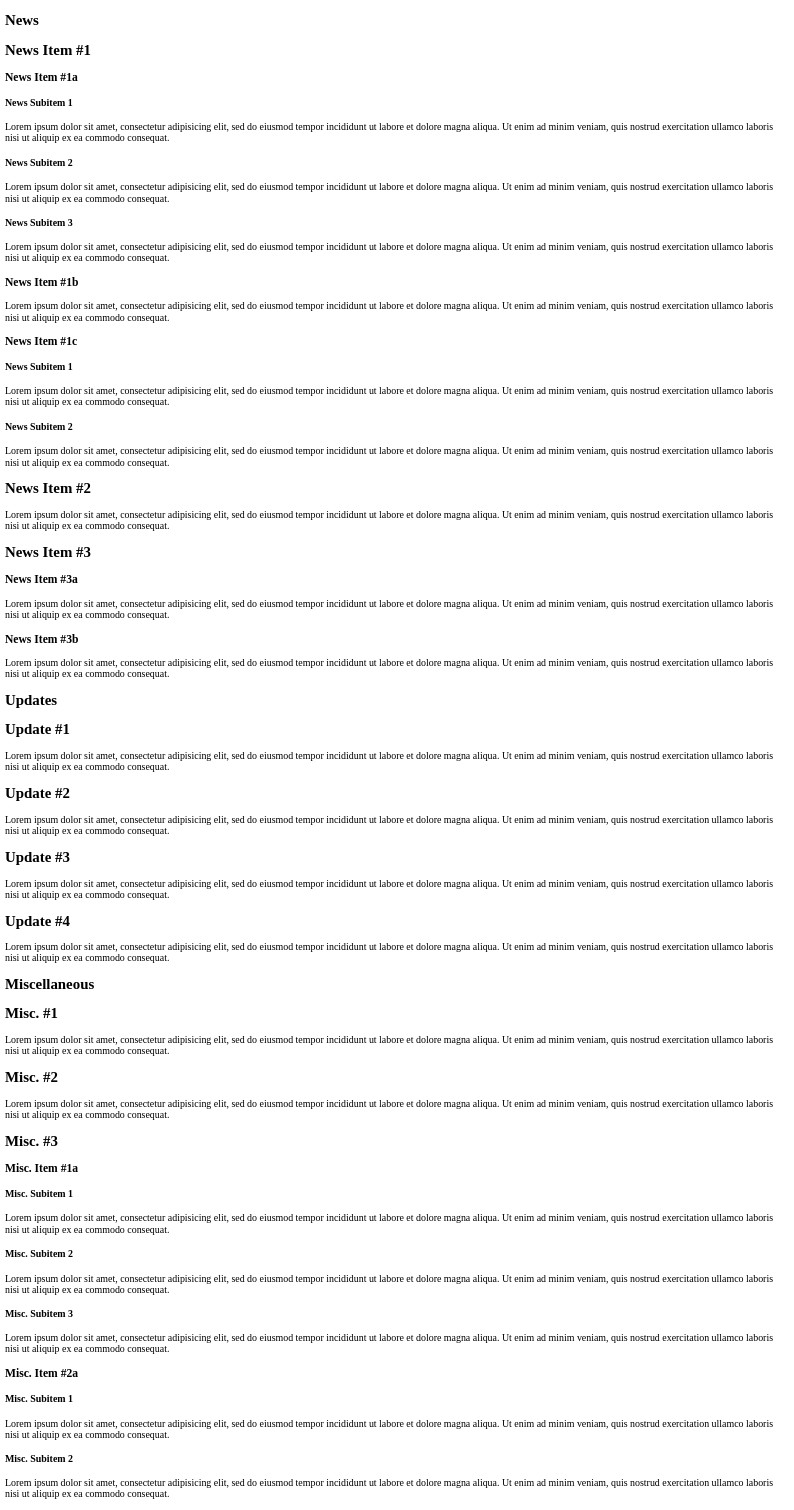
Repository: lwygold/motion
Page: 멀티 레벨 아코디언.html
These files come from the project's save history. The page is drawn as it stood at one moment and after the next save; the edit follows.
The browser window is 1280 px wide. The pictures show the whole page, at 62% of full size.
Some web fonts or font styles are not loaded; a fallback is used.

Above is the page before, as saved 2023-02-02 14:42:49.

After the next save:
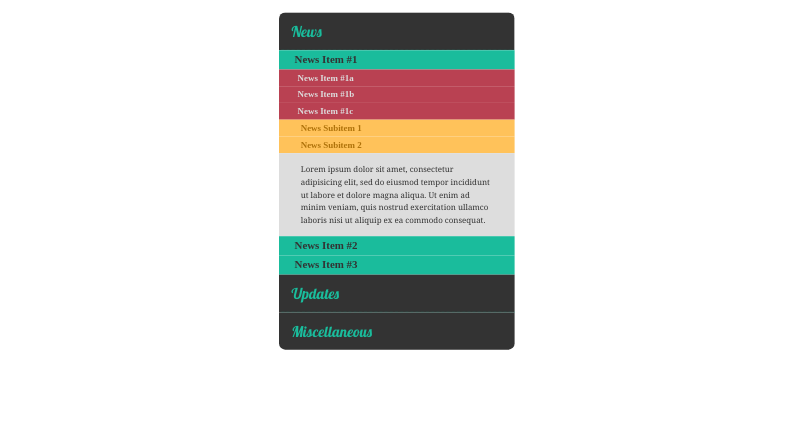
Saved 6 s later.
--- a/멀티 레벨 아코디언.html
+++ b/멀티 레벨 아코디언.html
@@ -10,6 +10,110 @@
 
 
     <title>Document</title>
+    <style>
+        * {
+            margin: 0;
+            padding: 0;
+        }
+
+        body {
+            font-size: 100%;
+        }
+
+        .accordion {
+            width: 380px;
+            margin: 20px auto;
+        }
+
+        .accordion h1,
+        h2,
+        h3,
+        h4 {
+            cursor: pointer;
+        }
+
+        .accordion h2,
+        h3,
+        h4 {
+            font-family: "News Cycle";
+        }
+
+        .accordion h1 {
+            padding: 15px 20px;
+            background-color: #333;
+            font-family: Lobster;
+            font-size: 1.5rem;
+            font-weight: normal;
+            color: #1abc9c;
+        }
+
+        .accordion h1:hover {
+            color: #4afcdc;
+        }
+
+        .accordion h1:first-child {
+            border-radius: 10px 10px 0 0;
+        }
+
+        .accordion h1:last-of-type {
+            border-radius: 0 0 10px 10px;
+        }
+
+        .accordion h1:not(:last-of-type) {
+            border-bottom: 1px dotted #1abc9c;
+        }
+
+        .accordion div,
+        .accordion p {
+            display: none;
+        }
+
+        .accordion h2 {
+            padding: 5px 25px;
+            background-color: #1abc9c;
+            font-size: 1.1rem;
+            color: #333;
+        }
+
+        .accordion h2:hover {
+            background-color: #09ab8b;
+        }
+
+        .accordion h3 {
+            padding: 5px 30px;
+            background-color: #b94152;
+            font-size: .9rem;
+            color: #ddd;
+        }
+
+        .accordion h3:hover {
+            background-color: #a93142;
+        }
+
+        .accordion h4 {
+            padding: 5px 35px;
+            background-color: #ffc25a;
+            font-size: .9rem;
+            color: #af720a;
+        }
+
+        .accordion h4:hover {
+            background-color: #e0b040;
+        }
+
+        .accordion p {
+            padding: 15px 35px;
+            background-color: #ddd;
+            font-family: "Georgia";
+            font-size: .8rem;
+            color: #333;
+            line-height: 1.3rem;
+        }
+
+        .accordion .opened-for-codepen {
+            display: block;
+        }
+    </style>
 </head>
 
 <body>
